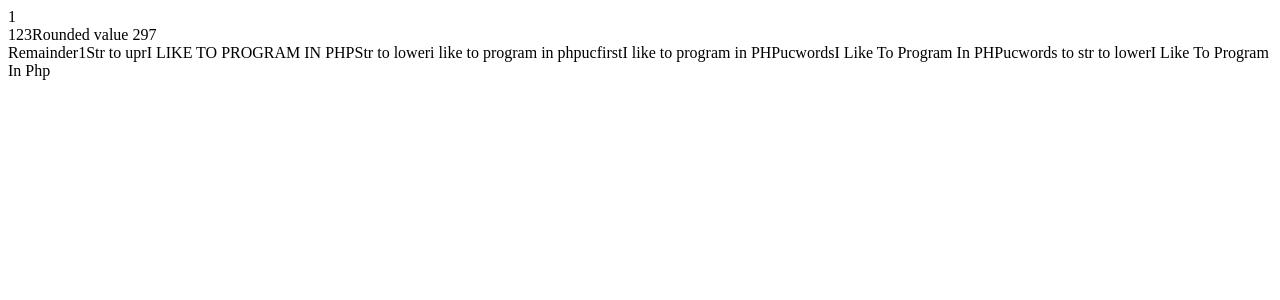
Repository: ramasubbaiya/PHP_Term_1_Course_Work
Page: http://localhost/SandBox/work.php
The author's editor kept a copy of each file at every save. The page is drawn from the files as they stood at one save, then again after the next save.
The browser window is 1280 px wide. The pictures show the whole page.
The page is run by PHP 8.4 with error messages shown; the project is at /var/www/html/.

Above is the page before, as saved 2015-04-21 14:05:46.

### ZendStudio/Lambton/SandBox/work.php
<?php
$EnteredValue="123";
if(is_numeric($EnteredValue)){
    $NumericValue=$EnteredValue;
    echo is_numeric($EnteredValue).'<br>';
}
else{
   $NumericValue=intval($EnteredValue);
   echo 'hi'.intval($EnteredValue).'<br>';

}


echo $EnteredValue;

$round=297;

echo 'Rounded value '.round($round).'<br>';

echo 'Remainder'.$round%2 ;


$string = "i like to program in PHP";
$a = strtoupper($string);
$b = strtolower($string);
$c = ucfirst($string);
$d = ucwords($string);
$e = ucwords(strtolower($string));


echo  "Str to upr".$a;

echo  "Str to lower".$b;

echo  "ucfirst".$c;

echo  "ucwords".$d;

echo  "ucwords to str to lower".$e;

After the next save:
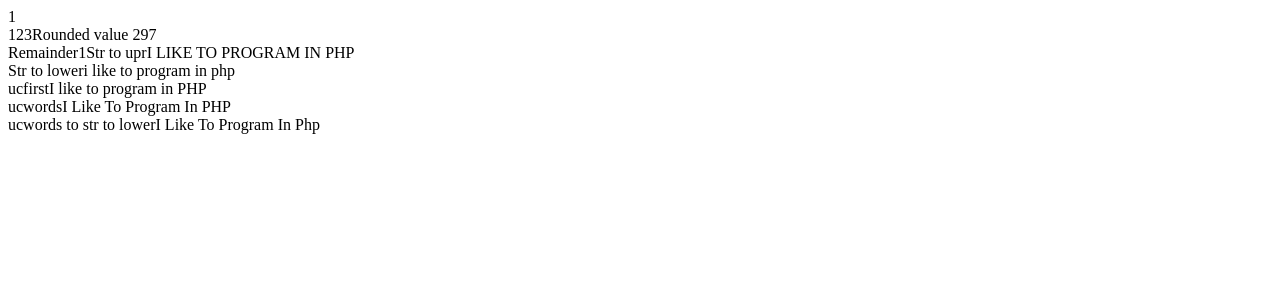
Saved 49 s later.
--- a/ZendStudio/Lambton/SandBox/work.php
+++ b/ZendStudio/Lambton/SandBox/work.php
@@ -28,12 +28,12 @@ $d = ucwords($string);
 $e = ucwords(strtolower($string));
 
 
-echo  "Str to upr".$a;
+echo  "Str to upr".$a.'<br>';
 
-echo  "Str to lower".$b;
+echo  "Str to lower".$b.'<br>';
 
-echo  "ucfirst".$c;
+echo  "ucfirst".$c.'<br>';
 
-echo  "ucwords".$d;
+echo  "ucwords".$d.'<br>';
 
-echo  "ucwords to str to lower".$e;
+echo  "ucwords to str to lower".$e.'<br>';
